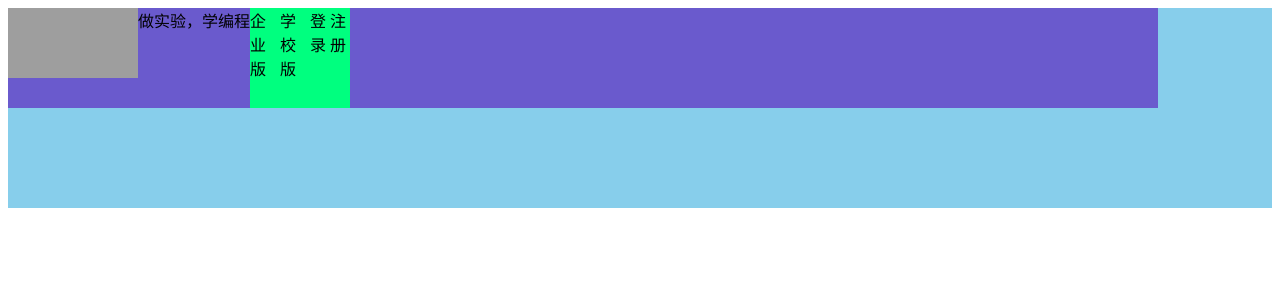
Repository: wuguozheng/xxbb
Page: /
An editor plug-in stored every save of this project. The page is shown before and after the next save, followed by the edit.
The browser window is 1280 px wide. The pictures show the whole page.
Pictures or frames that could not be fetched are drawn as grey boxes. The project was rebuilt for these pictures with package versions that can differ from the ones it lists, and the page was loaded fresh each time.

Above is the page before, as saved 2020-06-01 11:52:04.

After the next save:
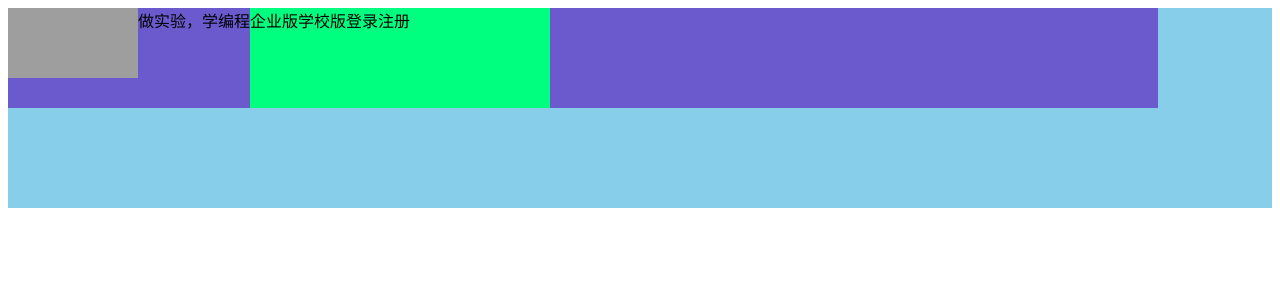
Saved 13 s later.
--- a/src/components/home/Mxs1.vue
+++ b/src/components/home/Mxs1.vue
@@ -59,7 +59,7 @@
 }
 .rap-2 {
   display: flex;
-  width: 100px;
+  width: 300px;
   height: 100px;
   background: springgreen;
 }
